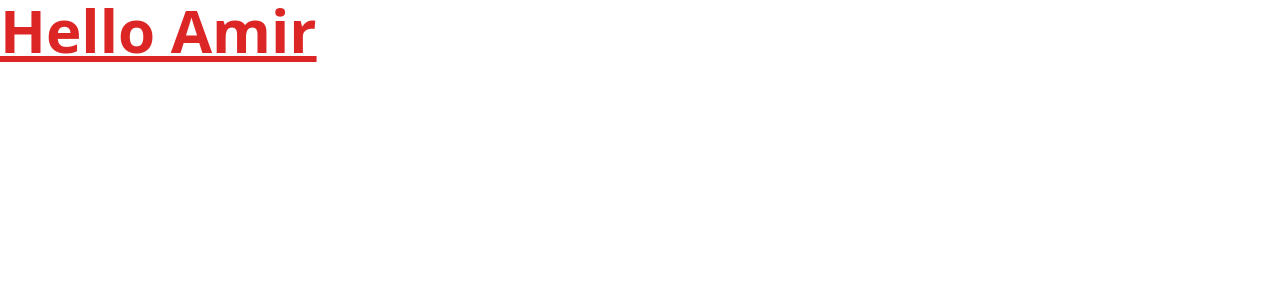
Repository: saad-elabboubi/tahalkobra
Page: /
The author's editor kept a copy of each file at every save. The page is drawn from the files as they stood at one save, then again after the next save.
The browser window is 1280 px wide. The pictures show the whole page.
The project was rebuilt for these pictures with package versions that can differ from the ones it lists, and the page was loaded fresh each time. The framework's server and built-in components were replaced by stand-ins that run in the browser. Also part of the build but not shown: svelte.config.js, vite.config.ts.

Above is the page before, as saved 2023-04-08 17:39:38.

After the next save:
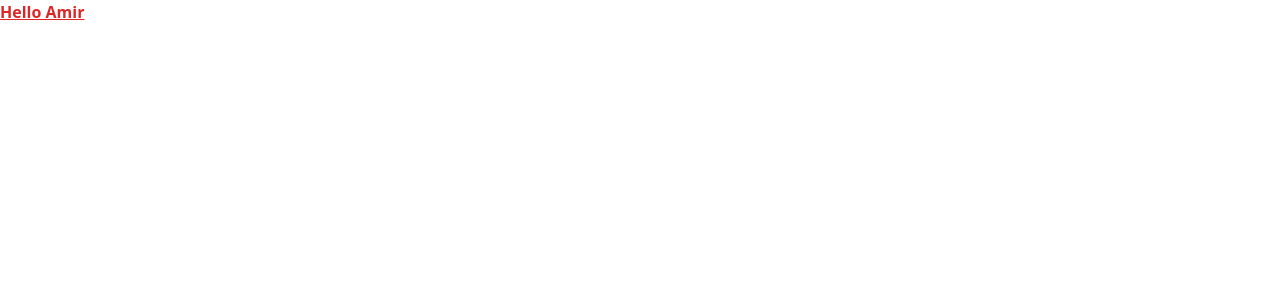
Saved 13 s later.
--- a/src/routes/+page.svelte
+++ b/src/routes/+page.svelte
@@ -1,3 +1,3 @@
-<h1 class="text-6xl font-bold underline text-red-600">
+<h1 class="text-12xl font-bold underline text-red-600">
     Hello Amir
   </h1>

After the save that followed:
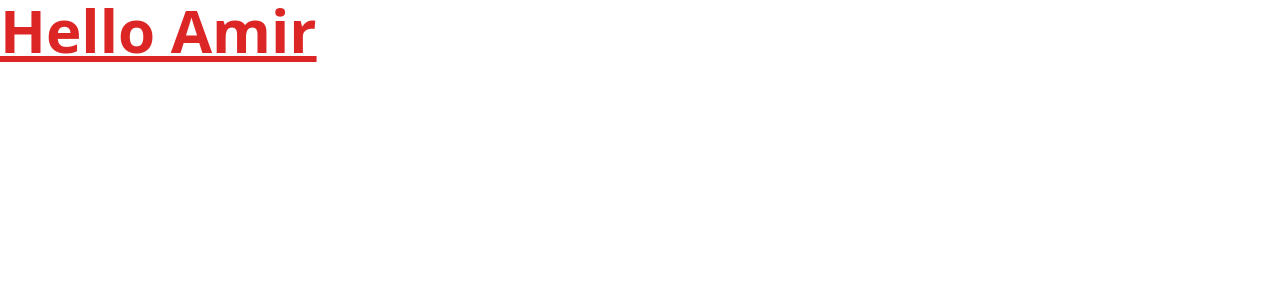
Saved 2 min 11 s later.
--- a/src/routes/+page.svelte
+++ b/src/routes/+page.svelte
@@ -1,3 +1,3 @@
-<h1 class="text-12xl font-bold underline text-red-600">
+<h1 class="text-6xl font-bold underline text-red-600">
     Hello Amir
   </h1>
